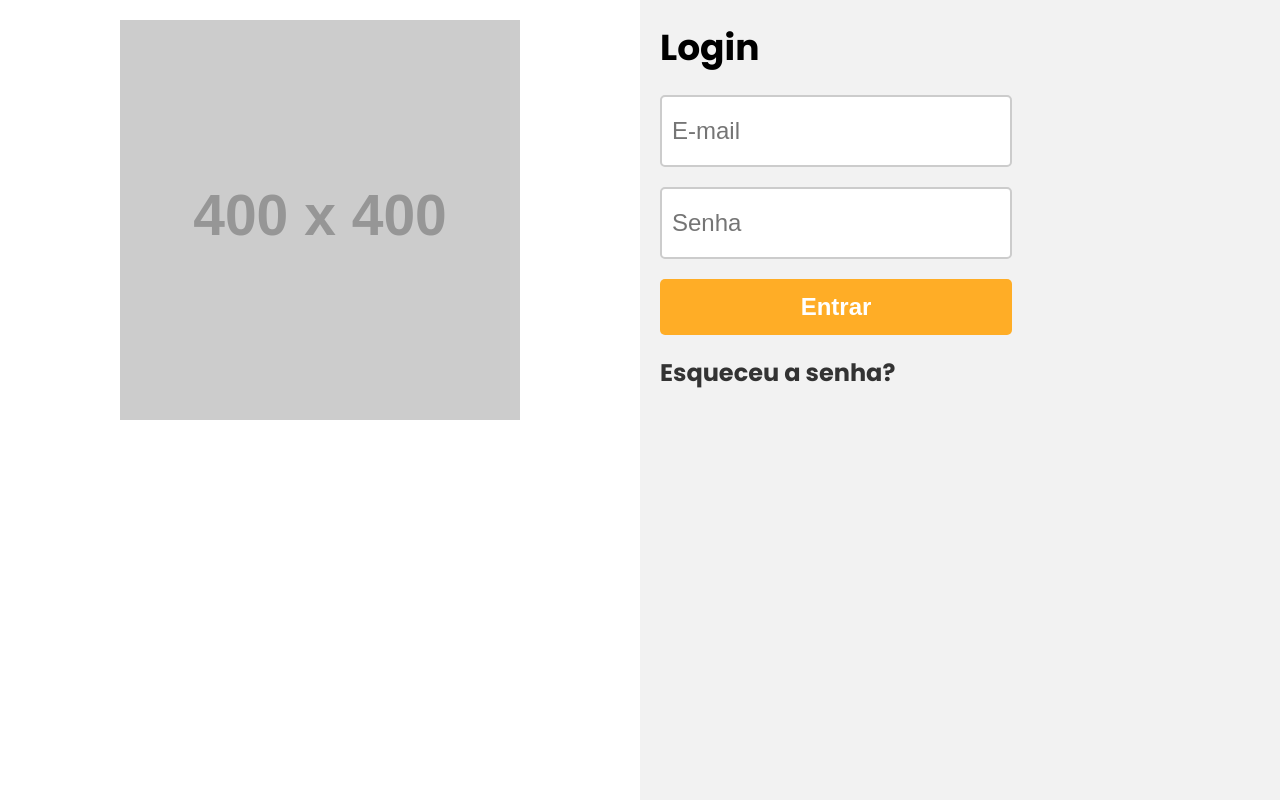
Repository: CCG-web/beeweb
Page: /login
The author's editor kept a copy of each file at every save. The page is drawn from the files as they stood at one save, then again after a run of saves.
The browser window is 1280 px wide. The pictures show the whole page.
The project was rebuilt for these pictures with package versions that can differ from the ones it lists, and the page was loaded fresh each time. Also part of the build but not shown: src/components/Home.css, src/components/Home.jsx, src/components/Sobre.css, src/components/Sobre.jsx, src/components/Cards.css, src/components/Cards.jsx, src/components/Team.css, src/components/Team.jsx and 5 more.

Above is the page before, as saved 2023-05-09 23:31:35.

### public/index.html
<!DOCTYPE html>
<html lang="en">
  <head>
    <meta charset="utf-8" />
    <link rel="icon" href="%PUBLIC_URL%/favicon.ico" />
    <meta name="viewport" content="width=device-width, initial-scale=1" />
    <meta name="theme-color" content="#000000" />
    <meta
      name="description"
      content="Web site created using create-react-app"
    />
    <link rel="preconnect" href="https://fonts.googleapis.com">
<link rel="preconnect" href="https://fonts.gstatic.com" crossorigin>
<link href="https://fonts.googleapis.com/css2?family=Poppins:ital,wght@0,100;0,200;0,300;0,400;0,500;0,600;0,700;0,800;0,900;1,100;1,200;1,300;1,400;1,500;1,600;1,700;1,800;1,900&display=swap" rel="stylesheet">
    <link rel="apple-touch-icon" href="%PUBLIC_URL%/logo192.png" />
    <!--
      manifest.json provides metadata used when your web app is installed on a
      user's mobile device or desktop. See https://developers.google.com/web/fundamentals/web-app-manifest/
    -->
    <link rel="manifest" href="%PUBLIC_URL%/manifest.json" />
    <!--
      Notice the use of %PUBLIC_URL% in the tags above.
      It will be replaced with the URL of the `public` folder during the build.
      Only files inside the `public` folder can be referenced from the HTML.

      Unlike "/favicon.ico" or "favicon.ico", "%PUBLIC_URL%/favicon.ico" will
      work correctly both with client-side routing and a non-root public URL.
      Learn how to configure a non-root public URL by running `npm run build`.
    -->
    <title>BeeWeb</title>
  </head>
  <body>
    <noscript>You need to enable JavaScript to run this app.</noscript>
    <div id="root"></div>
    <!--
      This HTML file is a template.
      If you open it directly in the browser, you will see an empty page.

      You can add webfonts, meta tags, or analytics to this file.
      The build step will place the bundled scripts into the <body> tag.

      To begin the development, run `npm start` or `yarn start`.
      To create a production bundle, use `npm run build` or `yarn build`.
    -->
  </body>
</html>

### src/index.js
import React from 'react';
import ReactDOM from 'react-dom/client';
import './index.css';
// import App from './App';

import { createBrowserRouter,RouterProvider } from "react-router-dom";
import App from "./App"
import Login from "./routes/Login"
const router = createBrowserRouter([
  {
path: "/",
element:<App/>,
  },{

  path: "login",
  element: <Login/>
},

])
const root = ReactDOM.createRoot(document.getElementById('root'));
root.render(
  <React.StrictMode>
    <RouterProvider router={router}/>
  </React.StrictMode>
);

### src/index.css
*{
   margin: 0;
   padding: 0;
   box-sizing: border-box;
}

### src/routes/Login.jsx
import React from 'react'
import "../routes/Login.css"
const Login = () => {
  return (
    <div className="row">
      <div className="col">
        <img src="https://via.placeholder.com/400x400" alt="Imagem de exemplo"  className='center-image '/>
      </div>
      <div className="col">
        <h1 className='login'>Login</h1>
        <form>
          <input type="email" name="email" placeholder="E-mail" className='email' />
          <input type="password" name="password" placeholder="Senha" className='password' />
          <button type="submit" className='submit'>Entrar</button>
        </form>
        <a className='forgot' href="/">Esqueceu a senha?</a>
      </div>
    </div>

  )
}

export default Login

### src/App.css
body{
    font-family: 'Poppins', sans-serif;
}

nav {
    font-family: 'Poppins', sans-serif;
    font-size: 20px;
    font-weight: 300;

    position: fixed;
    z-index: 1;
    top: 0;
    width: 100%;
    height: 200px;
    background-color: #ffad26;
    color: white;
    opacity: 0.9;
}


.logo{
    position: absolute;
    left: 10px;
    top: -10px;
    width: 386px;
    height: 233px;

}
.list {
    list-style-type: none;
    background: #ffad26;
    height: 100%;
    display: flex;
    justify-content:flex-end;
    align-items: center;
    position: relative;
}

.items {
    margin-right: 75px;
    font-size: 20px;
    color: white;
    cursor: pointer;
    transition: color 0.3s ease, transform 0.3s ease;
  }

  .items:hover {
    color: black;
    transform: translateX(-5px) rotate(-5deg);
  }

.items {
    margin-right: 65px;
    font-size: 20px;

    color: white;
    cursor: pointer;
}

.btn {
    border: none;
    display: none;
    position: absolute;
    background-color:#ffad26;
    right: 10px;
    top: 20px;
    padding: 5px;
    color: white;
    font-size: 20px;
}

@media screen and (max-width: 1366px) {
    nav{
        height: 150px;

    }

    .logo{

        width: 308.8px;
        height: 186.4px;
    }
}

@media screen and (max-width: 1000px) {
    .list {
        flex-direction: column;
        height: auto;
    }
    .logo{
        position: absolute;
        left: 10px;
        top:0px;
        width: 155.6px;
        height: 93.2px;

    }
    nav{
        height: 100px;
    }
    .items:nth-child(1) {

        margin-top: 100px;
    }

    .items {
        border-top: 1px solid rgb(255, 249, 249);
        width: 100%;
        text-align: center;
        margin-right: 0px;
        padding: 20px 0;
    }

    .btn {
        display: block;
    }
}
/* fim navabar*/

.uso{
    display: flex;
    justify-content: center;
    width: 100%;
    height: 200px;
}

.imgUso{
    margin: 40px;
    width: 321px;
    height: 122px;
}

.imgEquipe{
    margin: 40px;
    width: 321px;
    height: 122px;
}

.cardContainer {

    display: flex;
    justify-content: center;

}

@media screen and (max-width: 768px) {
    .cardContainer {
        display: flex;

        flex-direction: column;
        align-items: center;

    }

    .card {

        width: 300px;



    }

}

@media screen and (max-width: 430px) {


.imgUso{
    margin: 40px;
    width: 120px;
    height: 61px;
}


    .card {
        width: 250px;


    }


}


@media screen and (max-width: 300px) {
    .card {
    margin-left: 5%;
    }
}

### src/routes/Login.css
.row{
    width: 100%;
    height: 800px;
}



  .col {
    float: left;
    width: 50%;
    height: 800px;
    padding: 20px;
  }

  .center-image {
    display: block;
    margin: 0 auto;
    max-width: 100%;
    height: auto;
  }

  .col:last-child {
    background-color: #F2F2F2;
  }

  .login {
    font-size: 36px;
    font-weight: bold;
    margin-bottom: 20px;
  }

  .email,
  .password {
    display: block;
    width: 352px;
    height: 72px;
    margin-bottom: 20px;
    padding: 10px;
    font-size: 24px;
    border: 2px solid #ccc;
    border-radius: 5px;
    background-color: #fff;
    color: #333;
  }

  .submit {
    display: block;
    width: 352px;
    height: 56px;
    margin-bottom: 20px;
    background-color: #FFAD26;
    border: none;
    border-radius: 5px;
    font-size: 24px;
    font-weight: bold;
    color: #fff;
    cursor: pointer;
  }

  .forgot {
    color: #333;
    text-decoration: none;
    font-size: 24px;
    font-weight: bold;
    display: block;
    margin-top: 20px;
  }

  .forgot:hover {
    text-decoration: underline;
  }

  @media screen and (max-width: 768px) {
    .col {
      width: 100%;
      padding: 10px;
    }

    .email,
    .password,
    .submit {
      width: 100%;
      height: 50px;
      font-size: 18px;
    }

    .login {
      font-size: 28px;
      margin-bottom: 10px;
    }

    .forgot {
      font-size: 18px;
      margin-top: 10px;
    }
  }

### src/components/Contato.css
* {
    box-sizing: border-box;
  }

  body {

    margin: 0;
    padding: 0;
  }

  .itensForm{
    width: 100%;
    display: flex;
    justify-content: center;



  }
  .first{
    justify-content: end;
  }
  .listContact{

    margin-bottom: 15%;
    list-style-type: none;
  }

 .icons{
  color: #FFAD26;
    margin-right: 5px;
  }
  .Secord{

    justify-content: initial;
    margin-left: 5%;
  }
  .containerForm{


    display: flex;
    justify-content: center;

    align-items: center;
    height: 400px;
    background-color: white;
    margin-left: 12%;
    margin-right: 9%;
  }

  .form {
    display: flex;
    flex-direction: column;
    justify-content: center;
    align-items: center;
    background-color: white;
    border-radius: 5px;
    padding: 20px;

    max-width: 500px;
    width: 90%;
  }

  input[type="text"],
  textarea {
    width: 100%;
    padding: 12px 20px;
    margin: 8px 0;
    box-sizing: border-box;
    border: none;
    border-radius: 60px;
    background-color: #FFAD26;
    color: white;
  }

  input[type="text"]::placeholder,
  textarea::placeholder {
    color: white;
  }

  .contact-info {
    display: flex;
    justify-content: space-between;
    width: 100%;
    margin-top: 20px;
    font-size: 16px;
  }

  .contact-info li {
    display: flex;
    align-items: center;
  }

  .contact-info li i {
    margin-right: 10px;
    font-size: 20px;
    color: #FFAD26;
  }

  .btnEnviar[type="submit"] {
    background-color: white;
    color: #FFAD26;
    padding: 12px 20px;
    margin: 8px 0;
    border: 2px solid #FFAD26;
    border-radius: 60px;
    cursor: pointer;
    width: 168px;
    height: 56px;
  }

  .btnEnviar[type="submit"]:hover {
    background-color: #FFAD26;
    color: white;
  }

  @media screen and (max-width: 786px) {
    .first{
        justify-content: center;
    }
    .Secord{
        margin: 0;
        justify-content: center;
    }
    .containerForm{
        flex-direction: column;

    }

    .form {
      width: 100%;
    }
  }

After the next 2 saves:
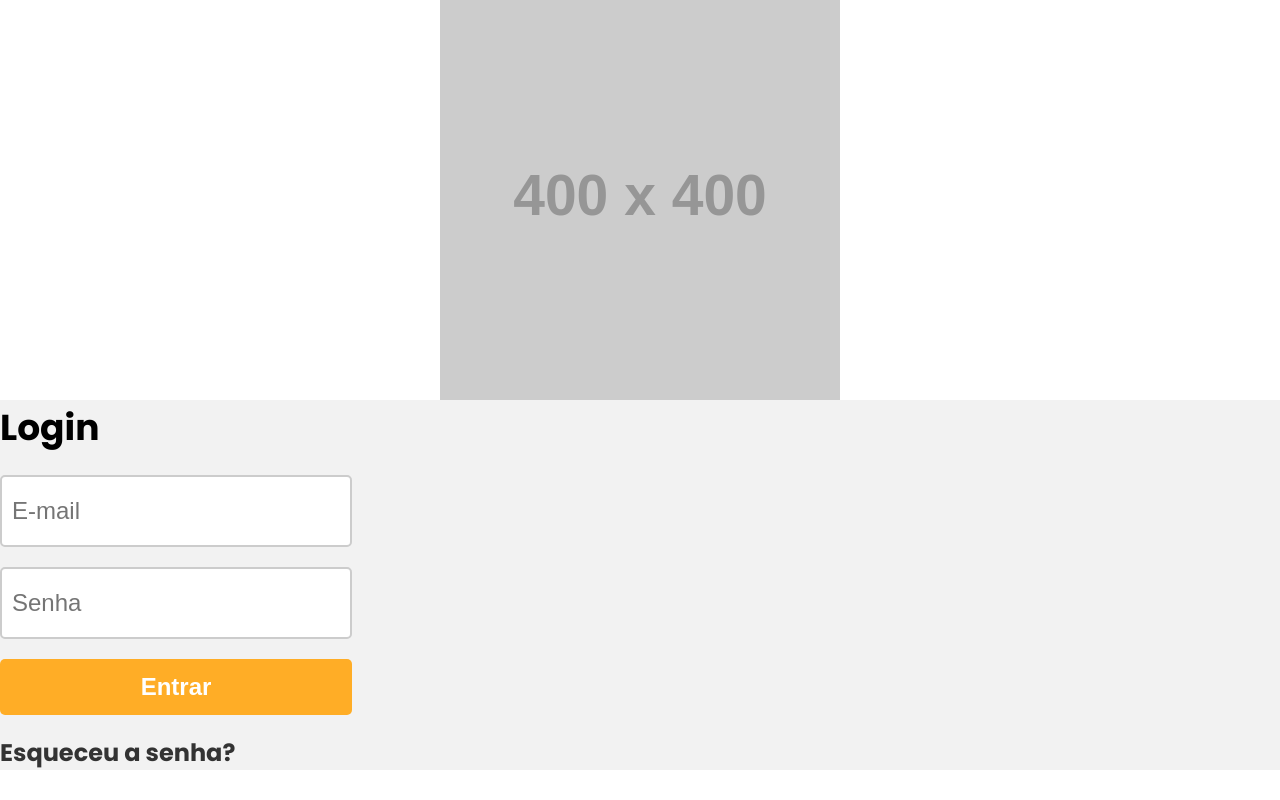
The 2 saves are shown as one change because they came seconds apart.
The last was saved 75 s later.
--- a/src/routes/Login.css
+++ b/src/routes/Login.css
@@ -5,12 +5,8 @@
 
 
 
-  .col {
-    float: left;
-    width: 50%;
-    height: 800px;
-    padding: 20px;
-  }
+
+
 
   .center-image {
     display: block;
